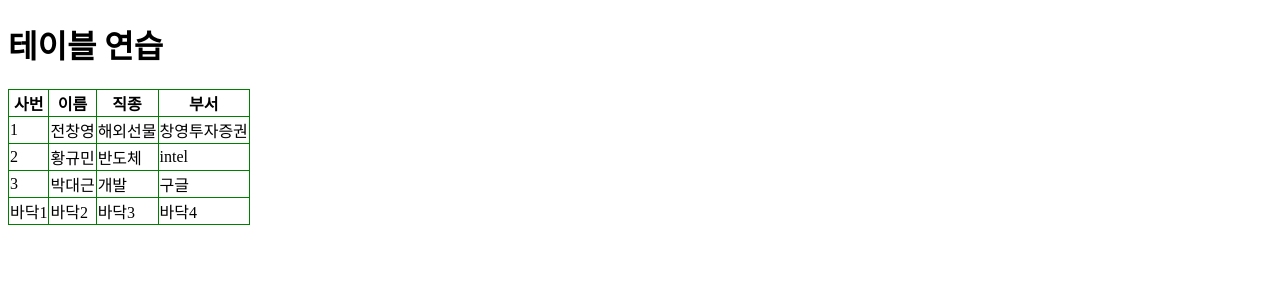
Repository: keeka2/webPractice
Page: MyStudy/HTML_Study/work/0821/WebContent/ex3.html
The author's editor kept a copy of each file at every save. The page is drawn from the files as they stood at one save, then again after the next save.
The browser window is 1280 px wide. The pictures show the whole page.

Above is the page before, as saved 2020-08-21 05:01:03.

After the next save:
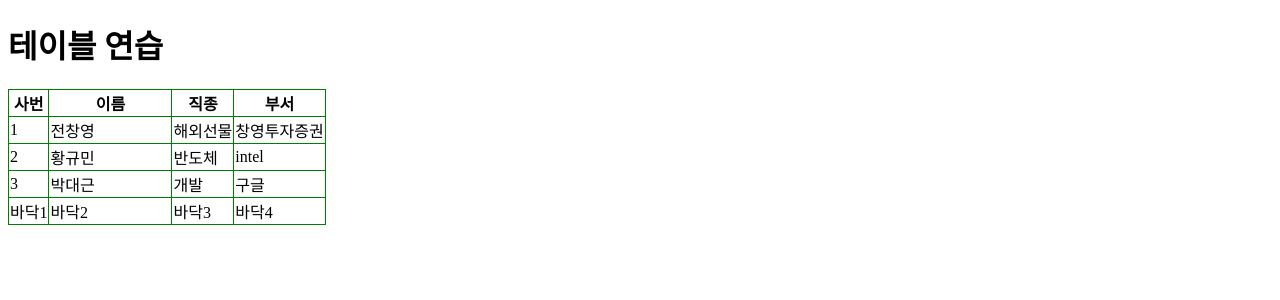
Saved 5 min 19 s later.
--- a/MyStudy/HTML_Study/work/0821/WebContent/ex3.html
+++ b/MyStudy/HTML_Study/work/0821/WebContent/ex3.html
@@ -20,6 +20,10 @@
 		border: 1px solid green;
 	}
 
+	#name{
+		width: 120px;
+	}
+
 </style>
 <body>
 	<h1>테이블 연습</h1>
@@ -28,7 +32,7 @@
 			<thead><!-- 테이블 머리글 -->
 				<tr>
 					<th>사번</th>
-					<th>이름</th>
+					<th id="name">이름</th>
 					<th>직종</th>
 					<th>부서</th>
 				</tr><!-- 행 의미 -->
